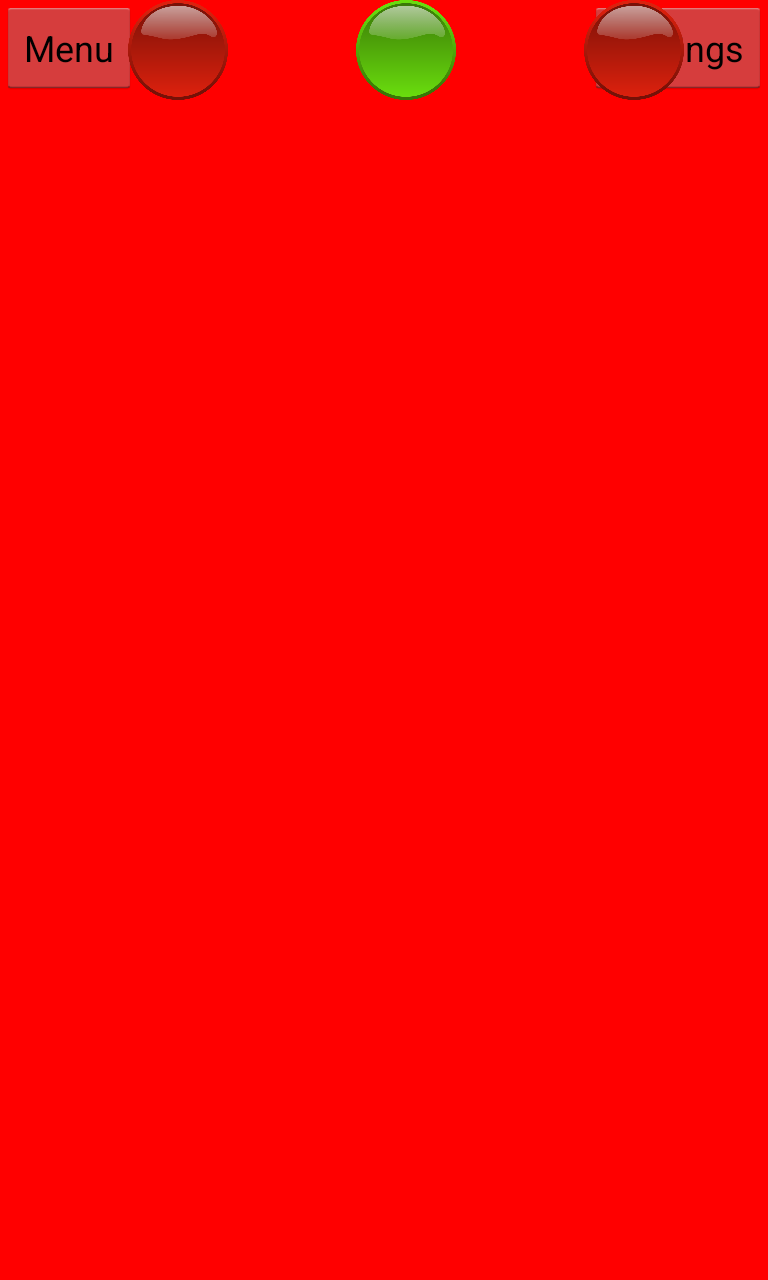
Repository: sbobra/women-startupweekend-sf
Layout: LaundryList/res/layout/activity_explore.xml
The author's editor kept a copy of each file at every save. The layout is drawn from the files as they stood at one save, then again after the next save.
It is drawn on a 768 x 1280 px phone screen (xhdpi) without system bars, with theme AppTheme; the app's code is not run. Lists and similar views that code fills are empty.

Above is the layout before, as saved 2013-09-15 03:24:09.

After the next save:
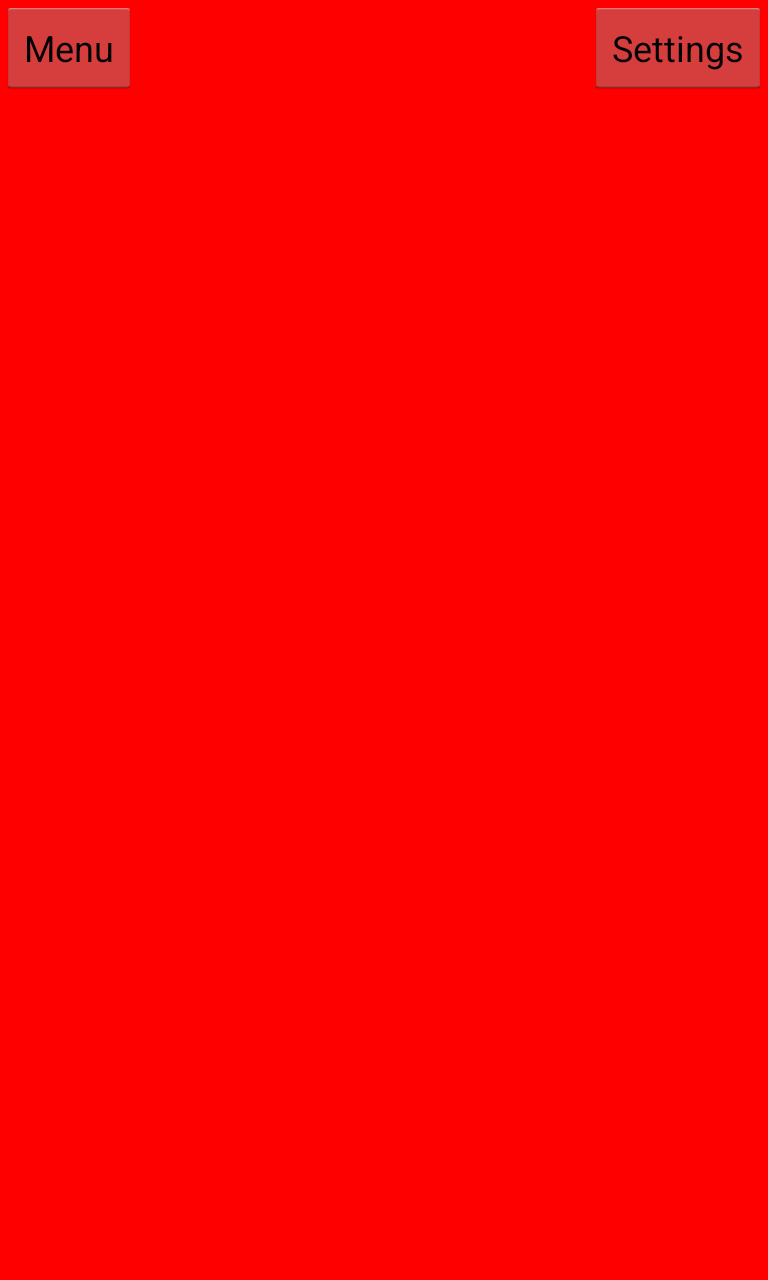
Saved 13 s later.
--- a/LaundryList/res/layout/activity_explore.xml
+++ b/LaundryList/res/layout/activity_explore.xml
@@ -39,7 +39,7 @@
             android:text="Settings" />
 
         <LinearLayout
-            android:layout_width="wrap_content"
+            android:layout_width="200;"
             android:layout_height="match_parent"
             android:orientation="horizontal" >
 
